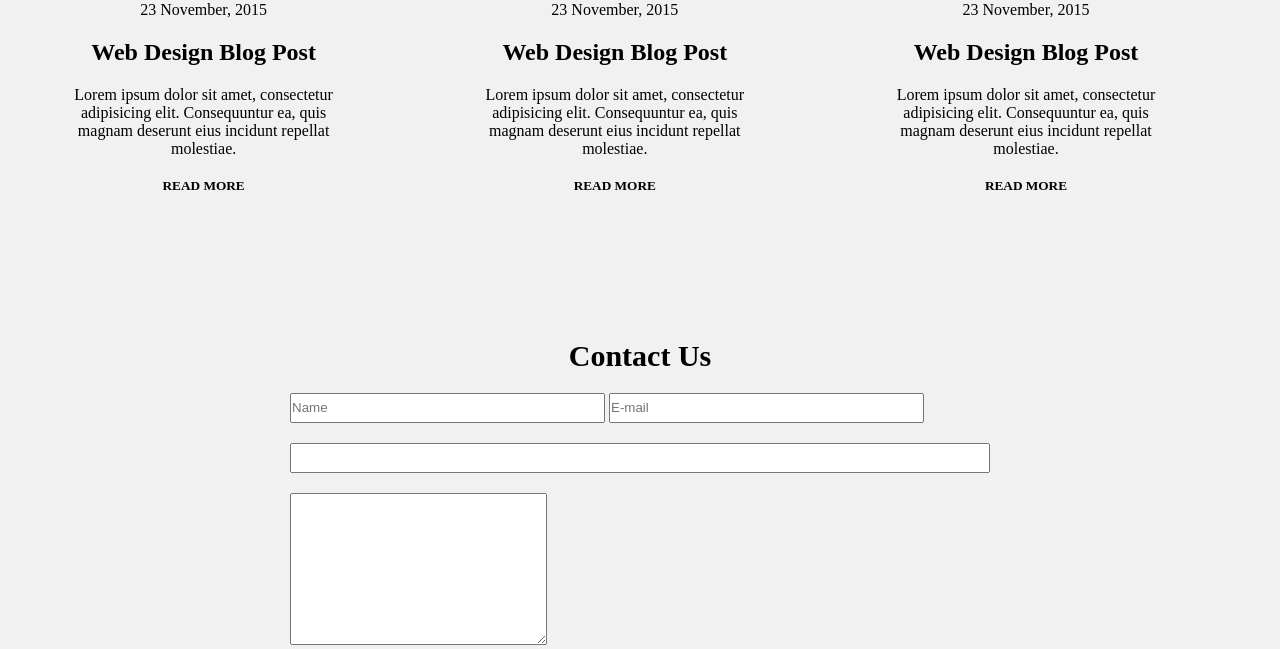
Repository: Ahmedalid/New-project
Page: Rout/index.html
An editor plug-in stored every save of this project. The page is shown before and after the next save, followed by the edit.
The browser window is 1280 px wide. The pictures show the part of the page from y = 3461 to 4260 px (the page is 4110 px tall before and 4260 px after).
A picture or video elsewhere on the page could not be fetched, so the positions and the page height are approximate.

Above is the page before, as saved 2023-05-24 19:51:52.

After the next save:
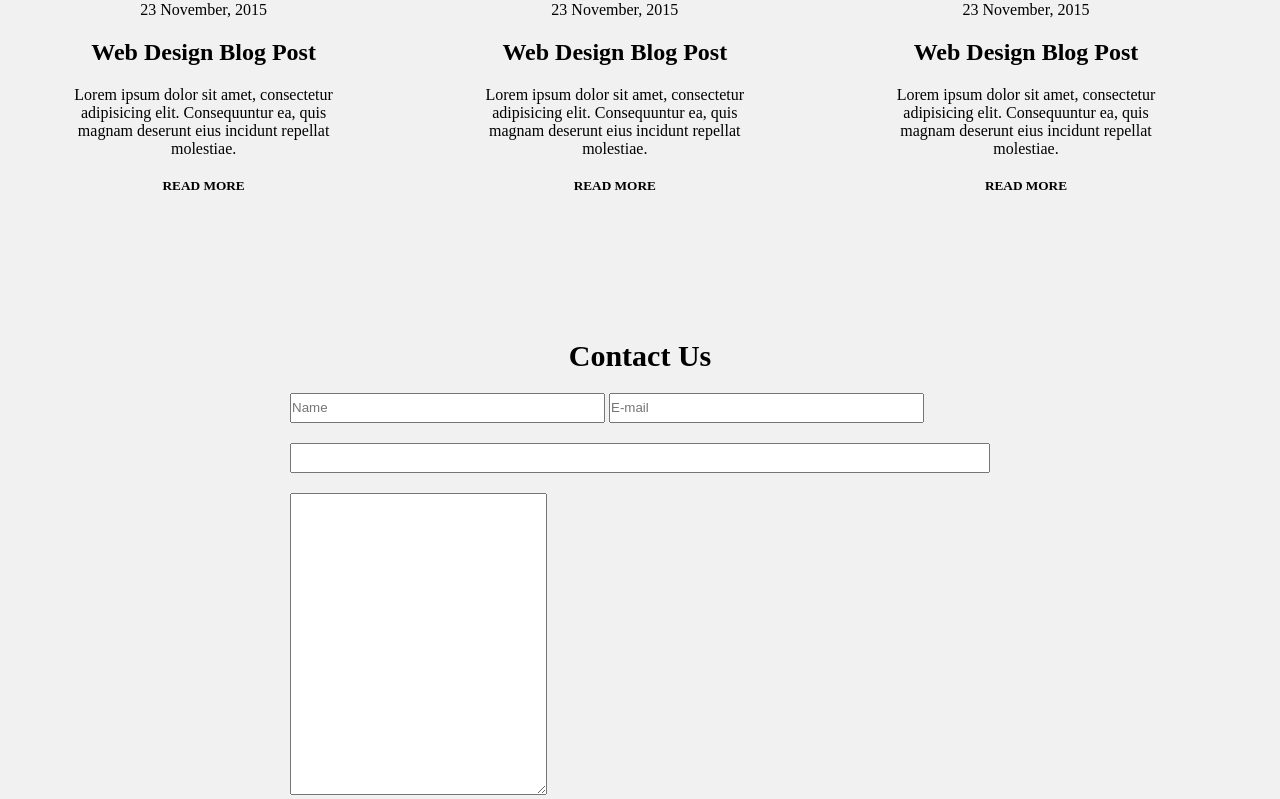
Saved 9 s later.
--- a/Rout/index.html
+++ b/Rout/index.html
@@ -243,7 +243,7 @@
                  <input type="text" placeholder="Name" class="w-5 h-input" name="" id="">
                 <input type="text" name="" id="" placeholder="E-mail" class="w-5 input-l h-input">
                 <input type="text" class="w-10 mt h-input" name="" id="">
-                <textarea name="" class="mt" id="" cols="30" rows="10"></textarea>
+                <textarea name="" class="mt" id="" cols="30" rows="20"></textarea>
                 </div>
             </div>
         </section>

After the save that followed:
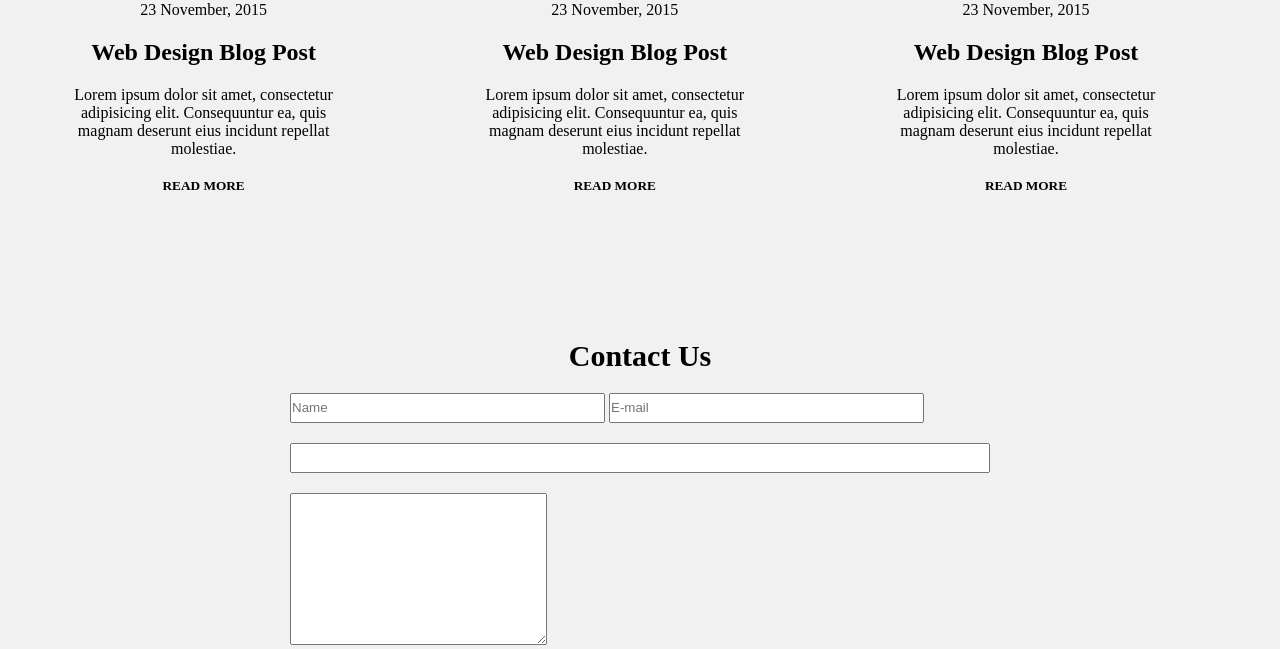
Saved 6 s later.
--- a/Rout/index.html
+++ b/Rout/index.html
@@ -243,7 +243,7 @@
                  <input type="text" placeholder="Name" class="w-5 h-input" name="" id="">
                 <input type="text" name="" id="" placeholder="E-mail" class="w-5 input-l h-input">
                 <input type="text" class="w-10 mt h-input" name="" id="">
-                <textarea name="" class="mt" id="" cols="30" rows="20"></textarea>
+                <textarea name="" class="mt" id="" cols="30" rows="10"></textarea>
                 </div>
             </div>
         </section>
